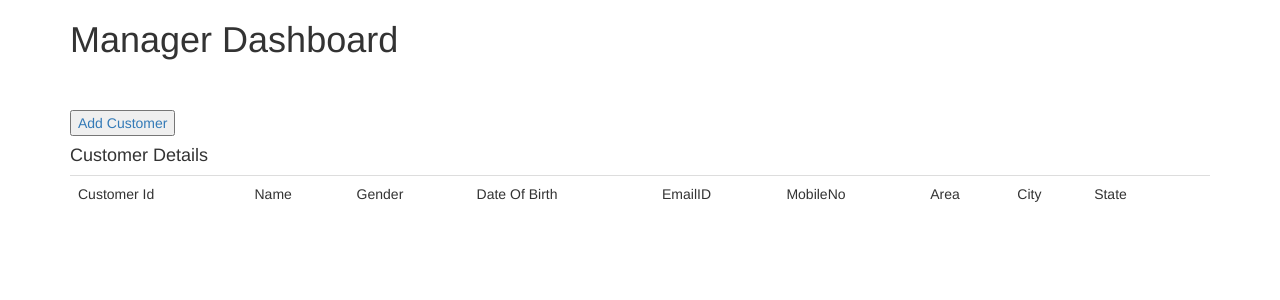
Repository: Shubham-Gawade/SpringHibernateTraining
Page: http://localhost/xorbankonline/WEB-INF/pages/managerhome.jsp
An editor plug-in stored every save of this project. The page is shown before and after a run of saves, followed by the edit.
The browser window is 1280 px wide. The pictures show the whole page.
The page is served by Tomcat 9. Nobody is signed in. The template is opened directly, without the code that normally fills it, so the values that code supplies are empty.

Above is the page before, as saved 2021-10-06 13:43:46.

After the next 2 saves:
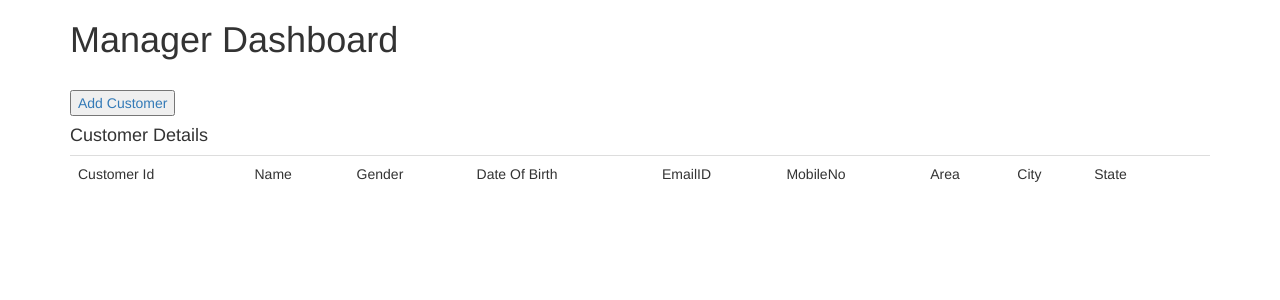
The 2 saves are shown as one change because they came seconds apart.
The last was saved 15 s later.
--- a/xorbankonline/src/main/webapp/WEB-INF/pages/managerhome.jsp
+++ b/xorbankonline/src/main/webapp/WEB-INF/pages/managerhome.jsp
@@ -21,9 +21,8 @@
 	<h5>${manager.address.city}</h5>
 	<h5>${manager.address.state}</h5>
 	<br/>
+	<a href="addCustomer"><button>Add Customer</button></a>
 	<br/>
-	<a href="addCustomer"><button>Add Customer</button></a>
-
 	<h4>Customer Details</h4>
 	<table class="table">
 		<tr>
